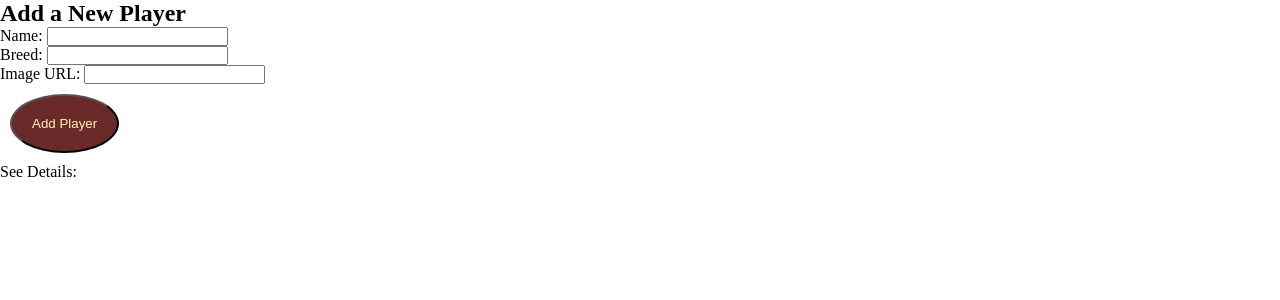
Repository: StaceyS27/puppybowl
Page: index.html
An editor plug-in stored every save of this project. The page is shown before and after a run of saves, followed by the edit.
The browser window is 1280 px wide. The pictures show the whole page.
The page's requests for data from a server got no answer.

Above is the page before, as saved 2023-09-03 13:42:23.

### index.html
<!DOCTYPE html>
<html lang="en">
  <head>
    <meta charset="UTF-8" />
    <meta http-equiv="X-UA-Compatible" content="IE=edge" />
    <meta name="viewport" content="width=device-width, initial-scale=1.0" />
    <link rel="stylesheet" href="styles.css" />
    <title>PuppyBowl</title>
  </head>
  <body>
    <form id="new-player-form"></form>
    <h2>Add a New Player</h2>
    <label for="name">Name:</label>
    <input type="text" id="name" name="name" required /><br />
    <label for="breed">Breed:</label>
    <input type="text" id="breed" name="breed" required /><br />
    <label for="imageUrl">Image URL:</label>
    <input type="text" id="imageUrl" name="imageUrl" required /><br />
    <button type="submit">Add Player</button>
    <main></main>
    <form id="See Details"></form>
    <label for="See Details">See Details:</label>

    <script src="./script.js"></script>
  </body>
</html>

### styles.css
*{
  padding: 0;
  margin: 0;
  box-sizing: border-box;
}

/*-------------------NAV BAR-------------------*/
.navbar {
  margin-bottom: 20px;
  padding: 10px;
  background-image: linear-gradient(goldenrod, gold, yellow);
  border-bottom: solid 20px yellow;
}
.navbar a:hover{
  font-weight: bold;
}
.navbar>a {
  color: rgb(0, 26, 78);
  font-family: Arial, Helvetica, sans-serif;
  padding: 20px;
  text-decoration: none;
}
/*-------------------GRID-------------------*/
#player-container {
  display: grid;
  grid-template-columns: repeat(4, 1fr);
  grid-template-rows: repeat(3, 1fr);
  column-gap: 20px;
  /*Adds spacing between columns; especially the nav bar background color and other content*/
}

/*All div children of player container will have this styling. NOTE: some may be changed with !important*/
#player-container>div {
  border: solid 5px rgb(0, 26, 78);
  border-radius: 10%;
  margin: 10px;
  padding: 20px;
  background-image: linear-gradient(rgb(0, 26, 78), goldenrod);
  color: rgb(255, 244, 179);
  font-family: Arial, Helvetica, sans-serif;
}

/*-------------------PUPPY IMAGE-------------------*/
/*Sizing for puppy images */
img {
  margin-top: 10px;
  margin-bottom: 10px;
  border: solid 5px rgb(0, 26, 78);
  height: 200px;
  width: 150px;
  align-items: center;
}
/*-------------------BUTTON STYLING-------------------*/
button {
  border-radius: 50%;
  margin: 10px;
  padding: 20px;
  background-color: rgb(106, 42, 42);
  color: rgb(255, 244, 179);
  font-family: Arial, Helvetica, sans-serif;
}

### script.js
// Use the API_URL variable to make fetch requests to the API.
// Replace the placeholder with your cohort name (ex: 2109-UNF-HY-WEB-PT)
const cohortName = "2306-GHP-ET-WEB-PT-SF";
const API_URL = `https://fsa-puppy-bowl.herokuapp.com/api/${cohortName}`;

/**
 * Fetches all players from the API.
 * @returns {Object[]} the array of player objects
 */
const fetchAllPlayers = async () => {
  try {
    const response = await fetch(`${API_URL}/players`);
    const result = await response.json();
    const playersArray = result.data.players
    console.log(playersArray);
    return playersArray;
  } catch (err) {
    console.error("Uh oh, trouble fetching players!", err);
  }
};

/**
 * Fetches a single player from the API.
 * @param {number} playerId
 * @returns {Object} the player object
 */
const fetchSinglePlayer = async (playerId) => {
  try {
    const response = await fetch (`${API_URL}/players/${playerId}`)
    const result = await response.json();
    console.log(result);
    return result;
  } catch (err) {
    console.error(`Oh no, trouble fetching player #${playerId}!`, err);
  }
}


/**
 * Adds a new player to the roster via the API.
 * @param {Object} playerObj the player to add
 * @returns {Object} the player returned by the API
 */
const addNewPlayer = async (playerObj) => {
  try {
    // TODO
  } catch (err) {
    console.error("Oops, something went wrong with adding that player!", err);
  }
};

/**
 * Removes a player from the roster via the API.
 * @param {number} playerId the ID of the player to remove
 */
const removePlayer = async (playerId) => {
  try {
    // TODO
  } catch (err) {
    console.error(
      `Whoops, trouble removing player #${playerId} from the roster!`,
      err
    );
  }
};

/**
 * Updates `<main>` to display a list of all players.
 *
 * If there are no players, a corresponding message is displayed instead.
 *
 * Each player is displayed in a card with the following information:
 * - name
 * - id
 * - image (with alt text of the player's name)
 *
 * Additionally, each card has two buttons:
 * - "See details" button that, when clicked, calls `renderSinglePlayer` to
 *    display more information about the player
 * - "Remove from roster" button that, when clicked, will call `removePlayer` to
 *    remove that specific player and then re-render all players
 *
 * Note: this function should replace the current contents of `<main>`, not append to it.
 * @param {Object[]} playerList - an array of player objects
 */
const renderAllPlayers = (playerList) => {
  // TODO
};

/**
 * Updates `<main>` to display a single player.
 * The player is displayed in a card with the following information:
 * - name
 * - id
 * - breed
 * - image (with alt text of the player's name)
 * - team name, if the player has one, or "Unassigned"
 *
 * The card also contains a "Back to all players" button that, when clicked,
 * will call `renderAllPlayers` to re-render the full list of players.
 * @param {Object} player an object representing a single player
 */
const renderSinglePlayer = (player) => {
  // TODO
};

/**
 * Fills in `<form id="new-player-form">` with the appropriate inputs and a submit button.
 * When the form is submitted, it should call `addNewPlayer`, fetch all players,
 * and then render all players to the DOM.
 */
const renderNewPlayerForm = () => {
  try {
    // TODO
  } catch (err) {
    console.error("Uh oh, trouble rendering the new player form!", err);
  }
};

/**
 * Initializes the app by fetching all players and rendering them to the DOM.
 */
const init = async () => {
  const players = await fetchAllPlayers();
  renderAllPlayers(players);

  renderNewPlayerForm();
};

// This script will be run using Node when testing, so here we're doing a quick
// check to see if we're in Node or the browser, and exporting the functions
// we want to test if we're in Node.
if (typeof window === "undefined") {
  module.exports = {
    fetchAllPlayers,
    fetchSinglePlayer,
    addNewPlayer,
    removePlayer,
    renderAllPlayers,
    renderSinglePlayer,
    renderNewPlayerForm,
  };
} else {
  init();
}

After the next 2 saves:
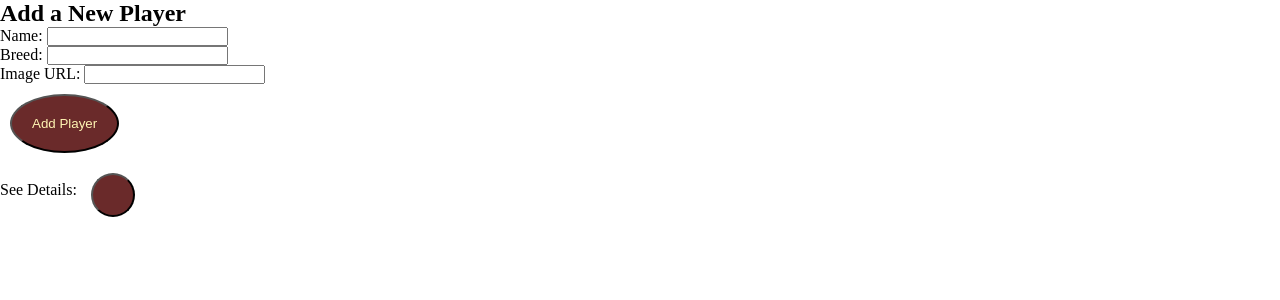
The 2 saves are shown as one change because they came seconds apart.
The last was saved 10 s later.
--- a/index.html
+++ b/index.html
@@ -20,7 +20,7 @@
     <main></main>
     <form id="See Details"></form>
     <label for="See Details">See Details:</label>
-
+    <button type=""
     <script src="./script.js"></script>
   </body>
 </html>
